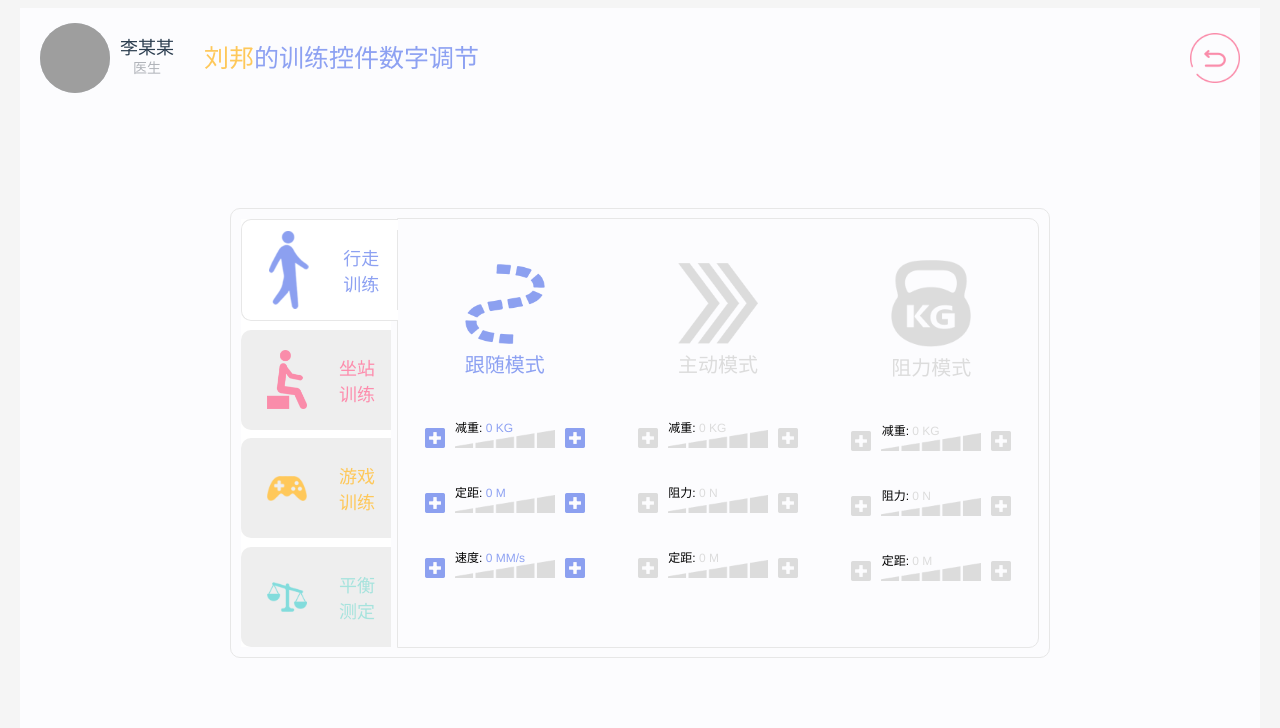
Repository: wangdanqing90/electron-vue-doctor
Page: /#/trainingAdjust
An editor plug-in stored every save of this project. The page is shown before and after the next save, followed by the edit.
The browser window is 1280 px wide. The pictures show the whole page.
Pictures or frames that could not be fetched are drawn as grey boxes. The project was rebuilt for these pictures with package versions that can differ from the ones it lists, and the page was loaded fresh each time. Also part of the build but not shown: vue.config.js, src/views/Home.vue, src/assets/styles/variable.scss, src/assets/styles/iconfont.css.

Above is the page before, as saved 2020-01-15 15:35:38.

After the next save:
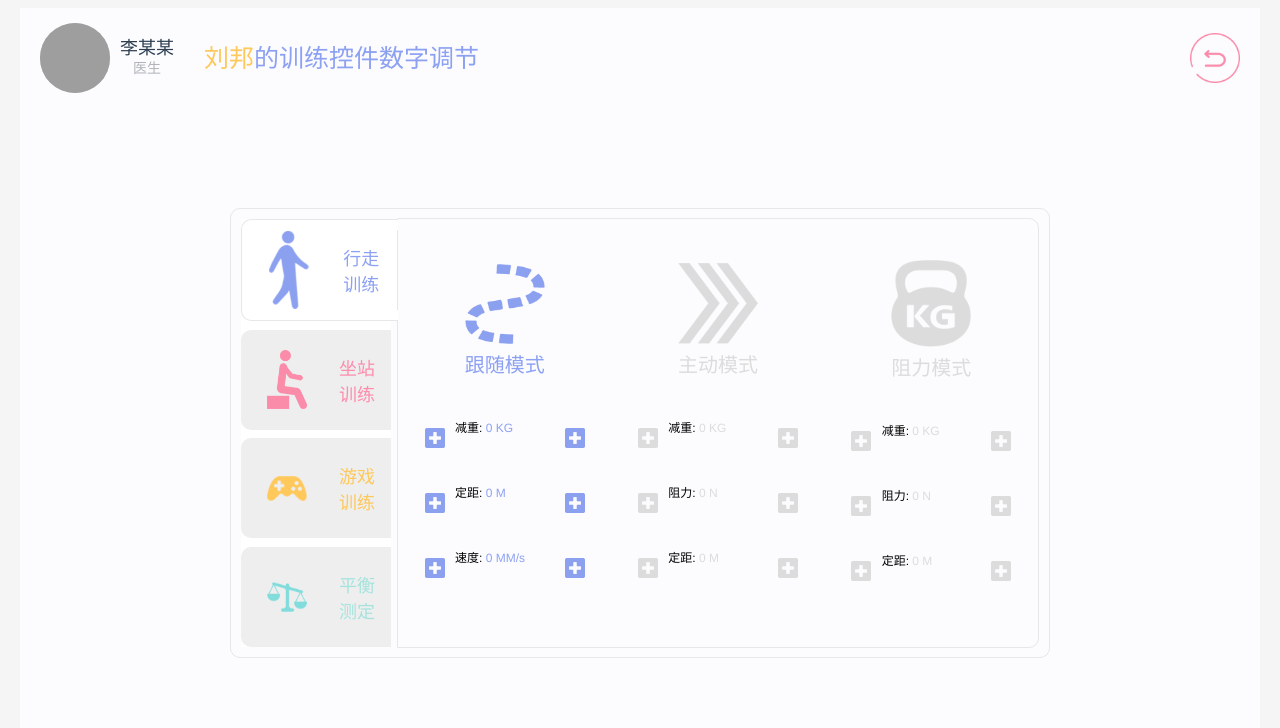
Saved 45 s later.
--- a/src/components/Adjust/Adjust.vue
+++ b/src/components/Adjust/Adjust.vue
@@ -50,7 +50,7 @@
         require("@/../images/blue_4.png"),
         require("@/../images/blue_5.png")
       ];
-      this.imgSrc = this.imgArry[0];
+      this.imgSrc = this.imgArry[this.total];
     }
   },
   methods: {

After the 6 saves that followed:
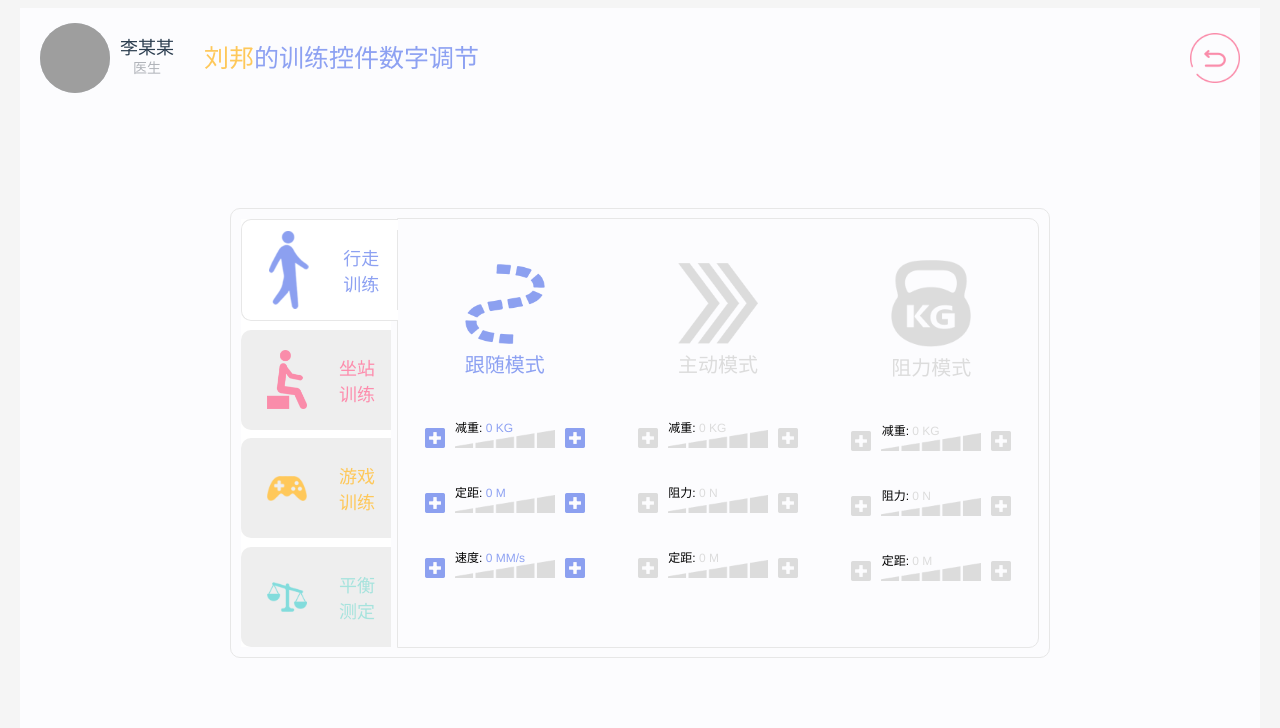
The 6 saves are shown as one change because 5 left the picture as it was.
The last was saved 2 min 34 s later.
--- a/src/components/Adjust/Adjust.vue
+++ b/src/components/Adjust/Adjust.vue
@@ -50,7 +50,7 @@
         require("@/../images/blue_4.png"),
         require("@/../images/blue_5.png")
       ];
-      this.imgSrc = this.imgArry[this.total];
+      this.imgSrc = this.imgArry[0];
     }
   },
   methods: {
@@ -64,10 +64,13 @@
       this.adjust.total++;
       console.log(this.adjust.total);
     }
-  },
-  watch: {
-    total() {}
   }
+  //   watch: {
+  //     total(newName, oldName) {
+  //       console.log("newName" + newName);
+  //       this.imgSrc = this.imgArry[newName];
+  //     }
+  //   }
 };
 </script>
 
